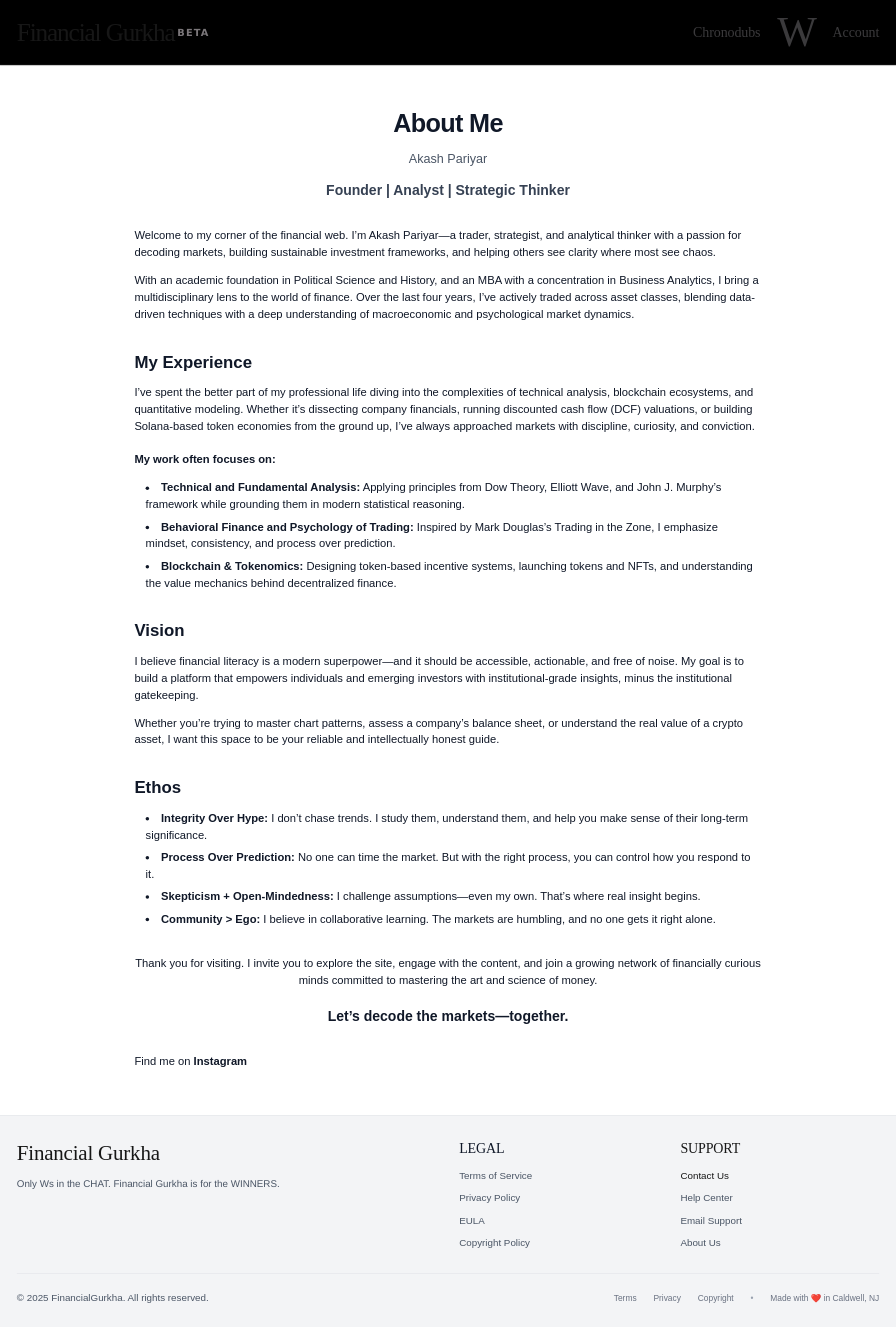
Repository: dayvoid97/explorer
Page: /about/akash
An editor plug-in stored every save of this project. The page is shown before and after the next save, followed by the edit.
The browser window is 1280 px wide. The pictures show the whole page, at 70% of full size.
The page's requests for data from a server got no answer. The project was rebuilt for these pictures with package versions that can differ from the ones it lists, and the page was loaded fresh each time. The framework's server and built-in components were replaced by stand-ins that run in the browser. No one was signed in, and anything a server would have sent is missing. Also part of the build but not shown: next.config.ts, src/app/lib/auth.ts, src/app/lib/api.ts, src/app/hooks/classifyExternalLinks.ts, src/app/components/QuickPostButton.tsx.

Above is the page before, as saved 2025-10-13 17:31:32.

### src/app/layout.tsx
import './globals.css'
import type { Metadata } from 'next'
import NavBarClientWrapper from './components/NavBarClientWrapper'
import Footer from './components/Footer'
import Script from 'next/script'
import { QuickPostButton } from './components/QuickPostButton'

export const metadata: Metadata = {
  title: 'Financial Gurkha',
  description:
    'Only Ws in the Chat. FINANCIAL GURKHA IS FOR THE WINNERS. Post Your Dubs, Make Money Online',
  keywords: [
    'financial gurkha',
    'investing',
    'make money online',
    'only ws in the chat',
    'only won the chat',
    'only win the chat',
    '@onlywonthechat',
    '@onlywinthechat',
    'stock market',
    'crypto market',
    'feed explorer',
    'market watcher',
    'crypto analysis',
    'platform to post Ws',
    'platform to post dubs',
  ],
  authors: [{ name: 'Kanchan Sharma', url: 'https://financialgurkha.com/about/kanchan' }],
  creator: 'Financial Gurkha',
  icons: {
    icon: '/favicon.ico',
  },
  openGraph: {
    title: 'Financial Gurkha',
    description:
      'Discover your favorite topics on Financial Gurkha. Generate income as a content creator.',
    url: 'https://financialgurkha.com/winners',
    siteName: 'Financial Gurkha',
    images: [
      {
        url: '/logo.png',
        width: 1200,
        height: 630,
        alt: 'Only Ws in the Chat',
      },
    ],
    locale: 'en_US',
    type: 'website',
  },
}

export default function RootLayout({ children }: { children: React.ReactNode }) {
  return (
    <html lang="en" className="dark scroll-smooth antialiased">
      <head>
        <meta
          name="google-site-verification"
          content="kCNuZr5CtsCqdB-qpgskyWfPOdIs_CWW--FeTAmOXK0"
        />
        <meta name="robots" content="index, follow" />
        <meta
          name="googlebot"
          content="index, follow, max-video-preview:-1, max-image-preview:large, max-snippet:-1"
        />
      </head>
      <body className="flex flex-col min-h-screen">
        <Script
          id="gtag-src"
          src="https://www.googletagmanager.com/gtag/js?id=G-N9MVJV15MJ"
          strategy="afterInteractive"
        />
        <Script id="gtag-init" strategy="afterInteractive">
          {`
              if (!window.gtagInitialized) {
                window.dataLayer = window.dataLayer || [];
                function gtag(){dataLayer.push(arguments);}
                gtag('js', new Date());
                gtag('config', 'G-N9MVJV15MJ');
                window.gtagInitialized = true;
              }
            `}
        </Script>
        <NavBarClientWrapper />

        <main className="flex-grow">{children}</main>

        <QuickPostButton />
        <Footer />
      </body>
    </html>
  )
}

### src/app/about/akash/page.tsx
'use client'

import React from 'react'

export default function AboutPage() {
  return (
    <main className="min-h-screen bg-white dark:bg-black text-gray-900 dark:text-white px-6 py-16">
      <div className="max-w-4xl mx-auto space-y-10">
        {/* Header - About Me */}
        <header className="text-center space-y-4">
          <h1 className="text-4xl font-bold tracking-tight">About Me</h1>
          <p className="text-lg text-gray-600 dark:text-gray-400">Akash Pariyar</p>
          <p className="text-xl font-semibold text-gray-700 dark:text-gray-300">
            Founder | Analyst | Strategic Thinker
          </p>
        </header>

        {/* Introduction */}
        <section className="space-y-4">
          <p>
            Welcome to my corner of the financial web. I’m Akash Pariyar—a trader, strategist, and
            analytical thinker with a passion for decoding markets, building sustainable investment
            frameworks, and helping others see clarity where most see chaos.
          </p>
          <p>
            With an academic foundation in Political Science and History, and an MBA with a
            concentration in Business Analytics, I bring a multidisciplinary lens to the world of
            finance. Over the last four years, I’ve actively traded across asset classes, blending
            data-driven techniques with a deep understanding of macroeconomic and psychological
            market dynamics.
          </p>
        </section>

        {/* My Experience */}
        <section className="space-y-4">
          <h2 className="text-2xl font-semibold">My Experience</h2>
          <p>
            I’ve spent the better part of my professional life diving into the complexities of
            technical analysis, blockchain ecosystems, and quantitative modeling. Whether it’s
            dissecting company financials, running discounted cash flow (DCF) valuations, or
            building Solana-based token economies from the ground up, I’ve always approached markets
            with discipline, curiosity, and conviction.
          </p>
          <p className="font-semibold mt-6">My work often focuses on:</p>
          <ul className="list-disc list-inside space-y-2 ml-4">
            <li>
              <strong className="font-semibold">Technical and Fundamental Analysis:</strong>{' '}
              Applying principles from Dow Theory, Elliott Wave, and John J. Murphy’s framework
              while grounding them in modern statistical reasoning.
            </li>
            <li>
              <strong className="font-semibold">
                Behavioral Finance and Psychology of Trading:
              </strong>{' '}
              Inspired by Mark Douglas’s Trading in the Zone, I emphasize mindset, consistency, and
              process over prediction.
            </li>
            <li>
              <strong className="font-semibold">Blockchain & Tokenomics:</strong> Designing
              token-based incentive systems, launching tokens and NFTs, and understanding the value
              mechanics behind decentralized finance.
            </li>
          </ul>
        </section>

        {/* Vision */}
        <section className="space-y-4">
          <h2 className="text-2xl font-semibold">Vision</h2>
          <p>
            I believe financial literacy is a modern superpower—and it should be accessible,
            actionable, and free of noise. My goal is to build a platform that empowers individuals
            and emerging investors with institutional-grade insights, minus the institutional
            gatekeeping.
          </p>
          <p>
            Whether you’re trying to master chart patterns, assess a company’s balance sheet, or
            understand the real value of a crypto asset, I want this space to be your reliable and
            intellectually honest guide.
          </p>
        </section>

        {/* Ethos */}
        <section className="space-y-4">
          <h2 className="text-2xl font-semibold">Ethos</h2>
          <ul className="list-disc list-inside space-y-2 ml-4">
            <li>
              <strong className="font-semibold">Integrity Over Hype:</strong> I don’t chase trends.
              I study them, understand them, and help you make sense of their long-term
              significance.
            </li>
            <li>
              <strong className="font-semibold">Process Over Prediction:</strong> No one can time
              the market. But with the right process, you can control how you respond to it.
            </li>
            <li>
              <strong className="font-semibold">Skepticism + Open-Mindedness:</strong> I challenge
              assumptions—even my own. That’s where real insight begins.
            </li>
            <li>
              <strong className="font-semibold">Community &gt; Ego:</strong> I believe in
              collaborative learning. The markets are humbling, and no one gets it right alone.
            </li>
          </ul>
        </section>

        {/* Closing */}
        <section className="text-center space-y-4">
          <p>
            Thank you for visiting. I invite you to explore the site, engage with the content, and
            join a growing network of financially curious minds committed to mastering the art and
            science of money.
          </p>
          <p className="text-xl font-bold mt-6">Let’s decode the markets—together.</p>
        </section>
        <section>
          Find me on{' '}
          <a href="https://www.instagram.com/j.theclownprince/">
            <b>Instagram</b>{' '}
          </a>
        </section>
      </div>
    </main>
  )
}

### src/app/globals.css
@import 'tailwindcss';

:root {
  --background: #ffffff;
  --foreground: #171717;
}

@theme inline {
  --color-background: var(--background);
  --color-foreground: var(--foreground);
  --font-sans: var(--font-geist-sans);
  --font-mono: var(--font-geist-mono);
}

@media (prefers-color-scheme: dark) {
  :root {
    --background: #0a0a0a;
    --foreground: #ededed;
  }
}

body {
  background: var(--background);
  color: var(--foreground);
  font-family: Arial, Helvetica, sans-serif;
}

@layer utilities {
  .animate-fadeIn {
    animation: fadeIn 0.3s ease-out forwards;
  }

  .animate-fadeOut {
    animation: fadeOut 0.3s ease-in forwards;
  }

  @keyframes fadeIn {
    from {
      opacity: 0;
      transform: translateY(-0.5rem);
    }
    to {
      opacity: 1;
      transform: translateY(0);
    }
  }

  @keyframes fadeOut {
    from {
      opacity: 1;
      transform: translateY(0);
    }
    to {
      opacity: 0;
      transform: translateY(-0.5rem);
    }
  }

  .animate-marquee {
    animation: marquee 30s linear infinite;
  }

  @keyframes marquee {
    0% {
      transform: translateX(0);
    }
    100% {
      transform: translateX(-50%);
    }
  }
}

@font-face {
  font-family: 'New Science Mono';
  src: url('/fonts/NewScienceMono-Regular.woff2') format('woff2');
  font-weight: 400;
  font-style: normal;
}

### src/app/components/NavBarClientWrapper.tsx
'use client'
import { usePathname } from 'next/navigation'
import Navbar from './NavBar'

export default function NavBarClientWrapper() {
  const pathname = usePathname()
  if (pathname.startsWith('/winners')) return null
  return <Navbar />
}

### src/app/components/Footer.tsx
'use client'
import Link from 'next/link'

// src/app/components/Footer.tsx
export default function Footer() {
  return (
    <footer className="bg-gray-100 dark:bg-gray-800 py-8 mt-auto border-t border-gray-200 dark:border-gray-700">
      <div className="max-w-7xl mx-auto px-6">
        {/* Main Footer Content */}
        <div className="grid grid-cols-1 md:grid-cols-4 gap-8 mb-8">
          {/* Company Info */}
          <div className="md:col-span-2">
            <h1
              className="text-xl   mb-3"
              style={{
                fontFamily: "'Freight Big Pro', serif",
                fontWeight: 500,
                letterSpacing: '-0.01em',
                fontSize: 30,
              }}
            >
              Financial Gurkha
            </h1>
            <p
              className="text-sm text-gray-600 dark:text-gray-300 mb-4 max-w-md"
              style={{
                fontFamily: 'Helvetica',
                fontWeight: 500,
              }}
            >
              Only Ws in the CHAT. Financial Gurkha is for the WINNERS.
            </p>
          </div>

          {/* Legal Links */}
          <div>
            <h4
              className="text-sm font-semibold text-gray-900 dark:text-gray-100 mb-3 uppercase tracking-wider"
              style={{
                fontFamily: "'Freight Big Pro', serif",
                fontWeight: 500,
                fontSize: 20,
                letterSpacing: '-0.01em',
              }}
            >
              Legal
            </h4>
            <ul className="space-y-2">
              <li>
                <Link
                  href="/legal/terms"
                  className="text-sm text-gray-600 dark:text-gray-300 hover:text-gray-900 dark:hover:text-gray-100 transition-colors"
                >
                  Terms of Service
                </Link>
              </li>
              <li>
                <Link
                  href="/legal/privacy"
                  className="text-sm text-gray-600 dark:text-gray-300 hover:text-gray-900 dark:hover:text-gray-100 transition-colors"
                >
                  Privacy Policy
                </Link>
              </li>
              <li>
                <Link
                  href="/legal/eula"
                  className="text-sm text-gray-600 dark:text-gray-300 hover:text-gray-900 dark:hover:text-gray-100 transition-colors"
                >
                  EULA
                </Link>
              </li>
              <li>
                <Link
                  href="/legal/copyright"
                  className="text-sm text-gray-600 dark:text-gray-300 hover:text-gray-900 dark:hover:text-gray-100 transition-colors"
                >
                  Copyright Policy
                </Link>
              </li>
            </ul>
          </div>

          {/* Support Links */}
          <div>
            <h4
              className="text-sm font-semibold  mb-3 uppercase tracking-wider"
              style={{
                fontFamily: "'Freight Big Pro', serif",
                fontWeight: 500,
                letterSpacing: '-0.01em',
                fontSize: 20,
              }}
            >
              Support
            </h4>
            <ul className="space-y-2">
              <li>
                <Link
                  href="/about"
                  className="text-sm   hover:text-gray-900 dark:hover:text-gray-100 transition-colors"
                >
                  Contact Us
                </Link>
              </li>
              <li>
                <Link
                  href="/about/kanchan"
                  className="text-sm text-gray-600 dark:text-gray-300 hover:text-gray-900 dark:hover:text-gray-100 transition-colors"
                >
                  Help Center
                </Link>
              </li>
              <li>
                <a
                  href="sharma.kanchan3154@gmail.com"
                  className="text-sm text-gray-600 dark:text-gray-300 hover:text-gray-900 dark:hover:text-gray-100 transition-colors"
                >
                  Email Support
                </a>
              </li>
              <li>
                <Link
                  href="/about"
                  className="text-sm text-gray-600 dark:text-gray-300 hover:text-gray-900 dark:hover:text-gray-100 transition-colors"
                >
                  About Us
                </Link>
              </li>
            </ul>
          </div>
        </div>

        {/* Bottom Bar */}
        <div className="pt-6 border-t border-gray-200 dark:border-gray-600">
          <div className="flex flex-col md:flex-row justify-between items-center space-y-4 md:space-y-0">
            <div className="text-sm text-gray-600 dark:text-gray-300">
              © {new Date().getFullYear()} FinancialGurkha. All rights reserved.
            </div>
            <div className="flex flex-wrap justify-center md:justify-end space-x-6 text-xs text-gray-500 dark:text-gray-400">
              <Link
                href="/legal/terms"
                className="hover:text-gray-700 dark:hover:text-gray-300 transition-colors"
              >
                Terms
              </Link>
              <Link
                href="/legal/privacy"
                className="hover:text-gray-700 dark:hover:text-gray-300 transition-colors"
              >
                Privacy
              </Link>
              <Link
                href="/legal/copyright"
                className="hover:text-gray-700 dark:hover:text-gray-300 transition-colors"
              >
                Copyright
              </Link>
              <span className="text-gray-400">•</span>
              <span>Made with ❤️ in Caldwell, NJ</span>
            </div>
          </div>
        </div>
      </div>
    </footer>
  )
}

### src/app/components/NavBar.tsx
'use client'

import Link from 'next/link'
import { useState, useEffect } from 'react'
import { Menu, X } from 'lucide-react'
import MastheadInline from './MastHeadInline'

export default function Navbar() {
  const [isMobileMenuOpen, setIsMobileMenuOpen] = useState(false)

  // Handle body scroll lock when menu is open
  useEffect(() => {
    document.body.style.overflow = isMobileMenuOpen ? 'hidden' : 'unset'
  }, [isMobileMenuOpen])

  // Close mobile menu on scroll for desktop
  useEffect(() => {
    const handleScroll = () => {
      if (window.innerWidth >= 768 && isMobileMenuOpen) {
        setIsMobileMenuOpen(false)
      }
    }
    window.addEventListener('scroll', handleScroll)
    return () => window.removeEventListener('scroll', handleScroll)
  }, [isMobileMenuOpen])

  return (
    <header className="rounded-5xl backdrop-blur-md border-b z-50 sticky top-0 shadow-sm bg-black">
      <nav className="rounded-5xl  max-w-7xl mx-auto px-4 sm:px-6 py-3 sm:py-4 flex items-center justify-between ">
        {/* Mobile menu button */}
        <div className="flex md:hidden">
          <button
            onClick={() => setIsMobileMenuOpen(!isMobileMenuOpen)}
            className="focus:outline-none p-2"
            aria-label="Toggle menu"
          >
            {isMobileMenuOpen ? <X className="w-6 h-6" /> : <Menu className="w-6 h-6" />}
          </button>
        </div>

        {/* Logo and Masthead */}
        <div className="items-center justify-center ">
          <Link
            href="/"
            className="padding-1ch text-xl sm:text-2xl md:text-3xl lg:text-4xl font-medium hover:scale-105 transition-transform duration-200 tracking-wider"
            style={{
              fontFamily: "'Freight Big Pro', serif",
              fontWeight: 500,
              letterSpacing: '-0.1rem',
            }}
          >
            Financial Gurkha
            <sup
              className=" text-[0.5rem] sm:text-xs md:text-sm font-bold dark:text-blue-300 ml-1 text-[#7b777a]"
              style={{ letterSpacing: '0.1rem', fontFamily: 'Verdana' }}
            >
              BETA
            </sup>
          </Link>
          {/* <MastheadInline /> */}
        </div>

        {/* Desktop links */}
        <div className="hidden md:flex items-center space-x-6 text-[#3b3a3c]">
          <Link
            href="/chronoW"
            className="text-lg sm:text-xl font-extrabold   hover:scale-105 transition-transform duration-200"
            style={{
              fontFamily: 'Overused Grotesk',
              fontWeight: 500,
              letterSpacing: '-0.01rem',
              fontOpticalSizing: 'auto',
              fontFeatureSettings: '"kern" 1',
            }}
          >
            Chronodubs
          </Link>
          <NavLinks />
        </div>
      </nav>

      {/* Mobile nav modal */}
      {isMobileMenuOpen && (
        <div
          className="fixed inset-0 z-50 bg-black/70 backdrop-blur-sm flex items-start justify-center md:hidden transition-opacity duration-300"
          onClick={() => setIsMobileMenuOpen(false)}
        >
          <div
            className="animate-fadeIn relative w-full max-w-xs mx-4 mt-16 bg-black/90 p-6 rounded-xl border border-gray-700 shadow-xl transform transition-transform duration-300"
            onClick={(e) => e.stopPropagation()}
          >
            {/* Close button */}
            <button
              onClick={() => setIsMobileMenuOpen(false)}
              className="absolute top-3 right-3 text-white hover:text-red-400 transition p-1"
              aria-label="Close menu"
            >
              <X className="w-5 h-5" />
            </button>

            {/* Nav Links */}
            <div className="space-y-3 text-white pt-2">
              <MobileNavLinks onLinkClick={() => setIsMobileMenuOpen(false)} />
            </div>
          </div>
        </div>
      )}
    </header>
  )
}

// Desktop NavLinks
function NavLinks() {
  const linkClasses =
    'className="text-lg sm:text-xl font-extrabold text-[#3b3a3c]   hover:scale-105 transition-transform duration-200"'

  return (
    <>
      <Link
        href="/winners"
        className=" dark:text-white-400 text-5xl sm:text-6xl font-extrabold hover:underline tracking-wider drop-shadow-lg transition-transform duration-300 hover:scale-105"
        style={{
          fontFamily: ' Overused Grotesk',
          fontWeight: 500,
          letterSpacing: '-0.1rem',
          fontOpticalSizing: 'auto',
          fontFeatureSettings: '"kern" 1',
        }}
      >
        W
      </Link>
      <Link
        href="/profile"
        className={linkClasses}
        style={{
          fontFamily: 'Overused Grotesk',
          fontWeight: 500,
          letterSpacing: '-0.01rem',
          fontOpticalSizing: 'auto',
          fontFeatureSettings: '"kern" 1',
        }}
      >
        Account
      </Link>
    </>
  )
}

// Mobile NavLinks
function MobileNavLinks({ onLinkClick }: { onLinkClick: () => void }) {
  const baseClasses =
    'block text-base text-[#3b3a3c]font-medium transition hover:text-blue-400 py-2.5'

  return (
    <>
      <Link
        href="/profile"
        className={baseClasses}
        style={{
          fontFamily: 'Overused Grotesk',
          fontWeight: 500,
          letterSpacing: '-0.1rem',
          fontOpticalSizing: 'auto',
          fontFeatureSettings: '"kern" 1',
        }}
        onClick={onLinkClick}
      >
        SIGN UP
      </Link>

      <Link
        href="/winners"
        className={baseClasses}
        style={{
          fontFamily: 'Overused Grotesk',
          fontWeight: 500,
          letterSpacing: '-0.1rem',
        }}
      >
        DUBS
      </Link>
      <Link
        href="/chronoW"
        className={baseClasses}
        style={{
          fontFamily: 'Overused Grotesk',
          fontWeight: 500,
          letterSpacing: '-0.1rem',
        }}
      >
        Chrono Dubs
      </Link>
    </>
  )
}

After the next save:
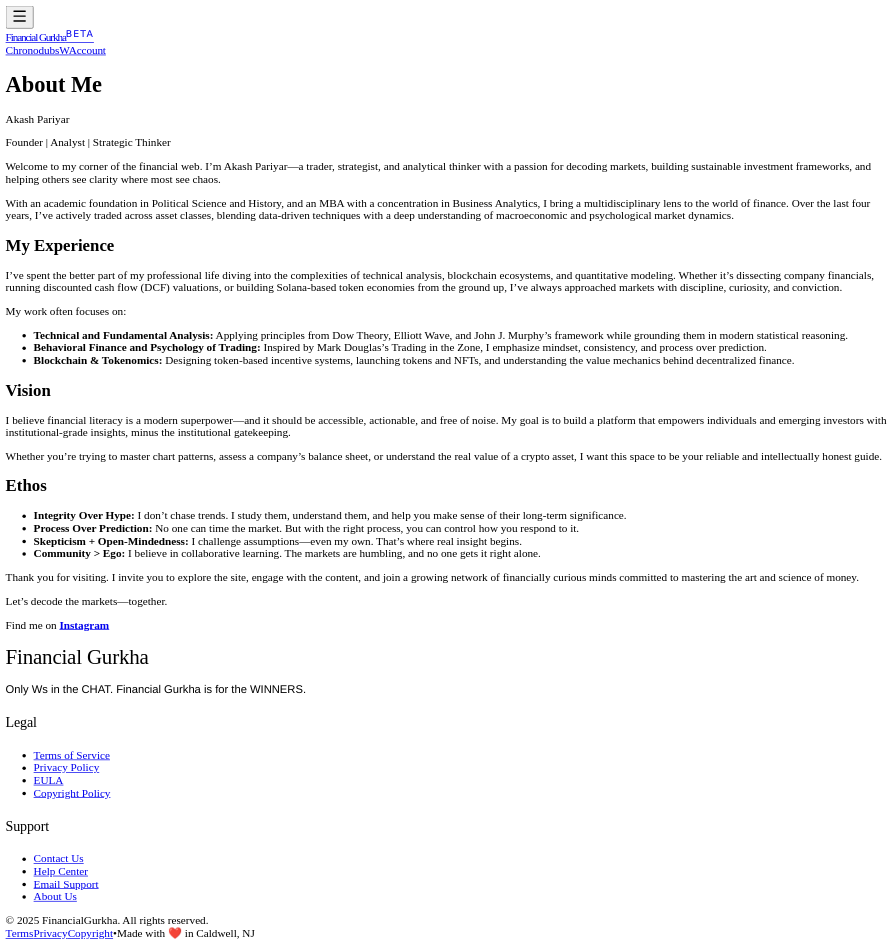
Saved 8 s later.
--- a/src/app/globals.css
+++ b/src/app/globals.css
@@ -1,4 +1,4 @@
-@import 'tailwindcss';
+/* @import 'tailwindcss';
 
 :root {
   --background: #ffffff;
@@ -75,4 +75,4 @@
   src: url('/fonts/NewScienceMono-Regular.woff2') format('woff2');
   font-weight: 400;
   font-style: normal;
-}
+} */
